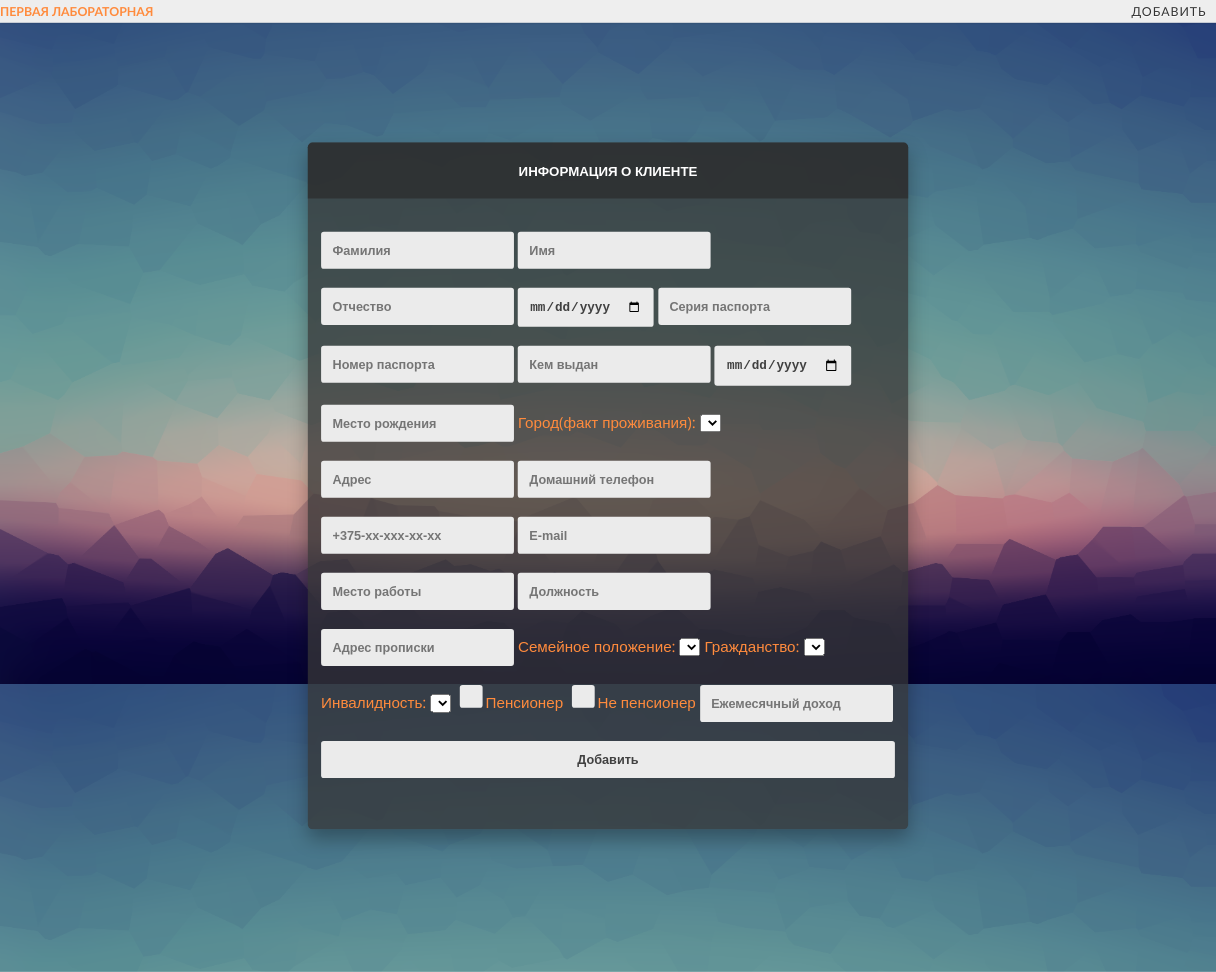
Repository: KosiloVeronika/workspace
Page: http://localhost/adbLab1/jsp/add_edit.jsp
These files come from the project's save history. The page is drawn as it stood at one moment and after the next save; the edit follows.
The browser window is 1280 px wide. The pictures show the whole page, at 95% of full size.
Backgrounds fixed to the window are drawn as part of the page. Some web libraries are served in a nearby version. The page is served by Tomcat 9. The template is opened directly, without the code that normally fills it, so the values that code supplies are empty.

Above is the page before, as saved 2015-10-12 22:05:55.

After the next save:
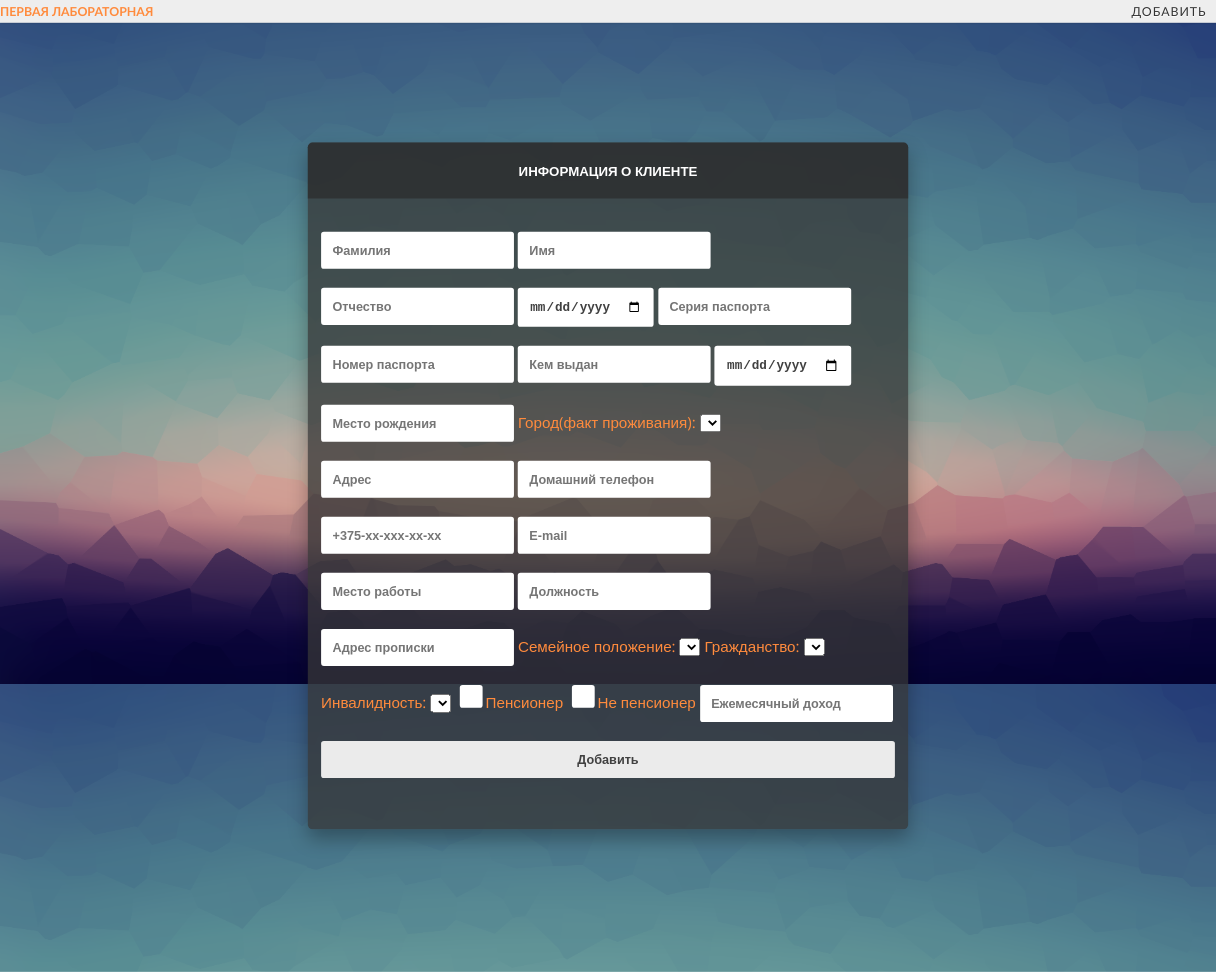
Saved 63 s later.
--- a/adbLab1/WebContent/css/style.css
+++ b/adbLab1/WebContent/css/style.css
@@ -58,13 +58,13 @@ input:required:invalid {
 	border: none;
 }
 #login-form fieldset form input {
-	background-color: #ebebeb;
+	background-color: #ffffff;
 	border: none;
 	border-radius: 3px;
 	-moz-border-radius: 3px;
 	-webkit-border-radius: 3px;
 	color: #404040;
-	cursor: pointer;
+	cursor: text;
 	float: none;
 	font-weight: bold;
 	margin-top: 20px;
